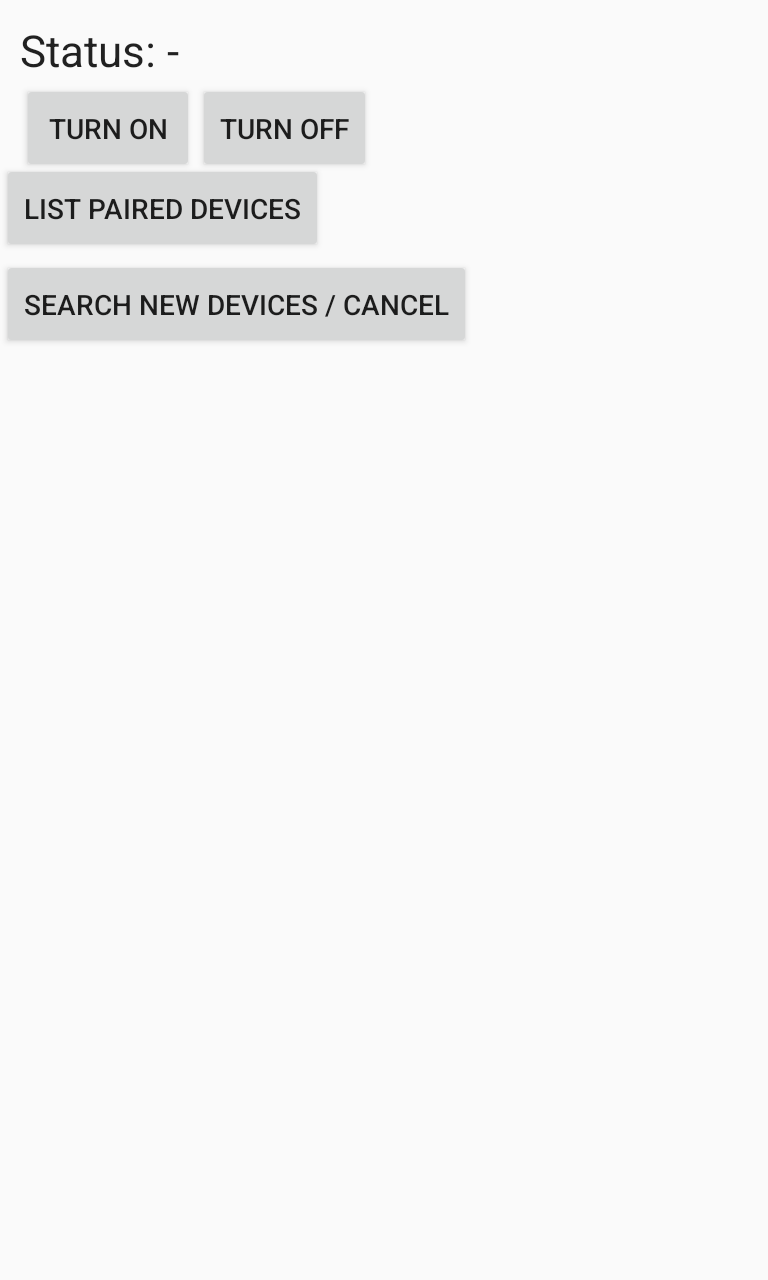
Repository: maayanGitHub/dont4getme
Layout: Dont4getMe/res/layout/activity_main.xml
The author's editor kept a copy of each file at every save. The layout is drawn from the files as they stood at one save, then again after the next save.
It is drawn on a 768 x 1280 px phone screen (xhdpi) without system bars, with theme AppTheme; the app's code is not run. Lists and similar views that code fills are empty.

Above is the layout before, as saved 2014-03-19 11:17:57.

After the next save:
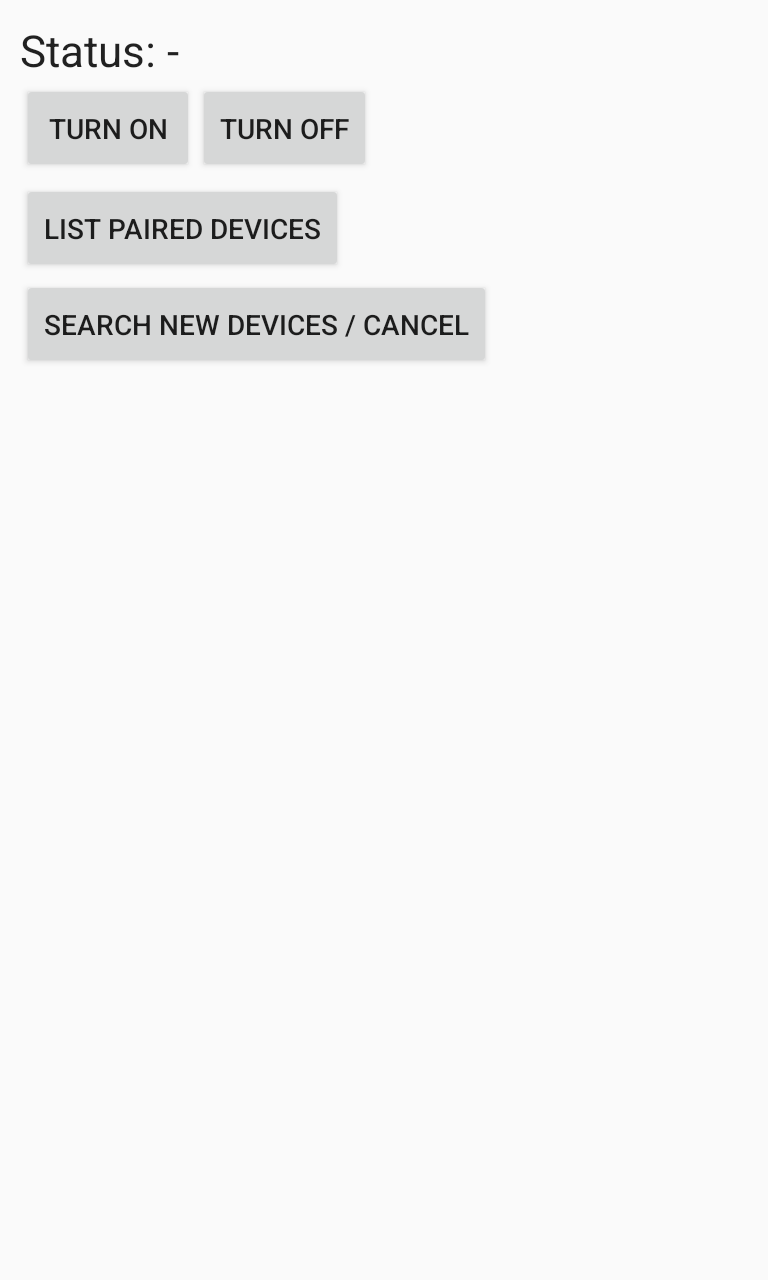
Saved 26 s later.
--- a/Dont4getMe/res/layout/activity_main.xml
+++ b/Dont4getMe/res/layout/activity_main.xml
@@ -38,7 +38,8 @@
       android:layout_width="match_parent"
       android:layout_height="wrap_content"
       android:orientation="vertical"
-      android:layout_marginTop="80dp" >
+      android:layout_marginTop="80dp"
+ 	  android:padding="10dip">
 
 	   <Button
 	      android:id="@+id/paired"
